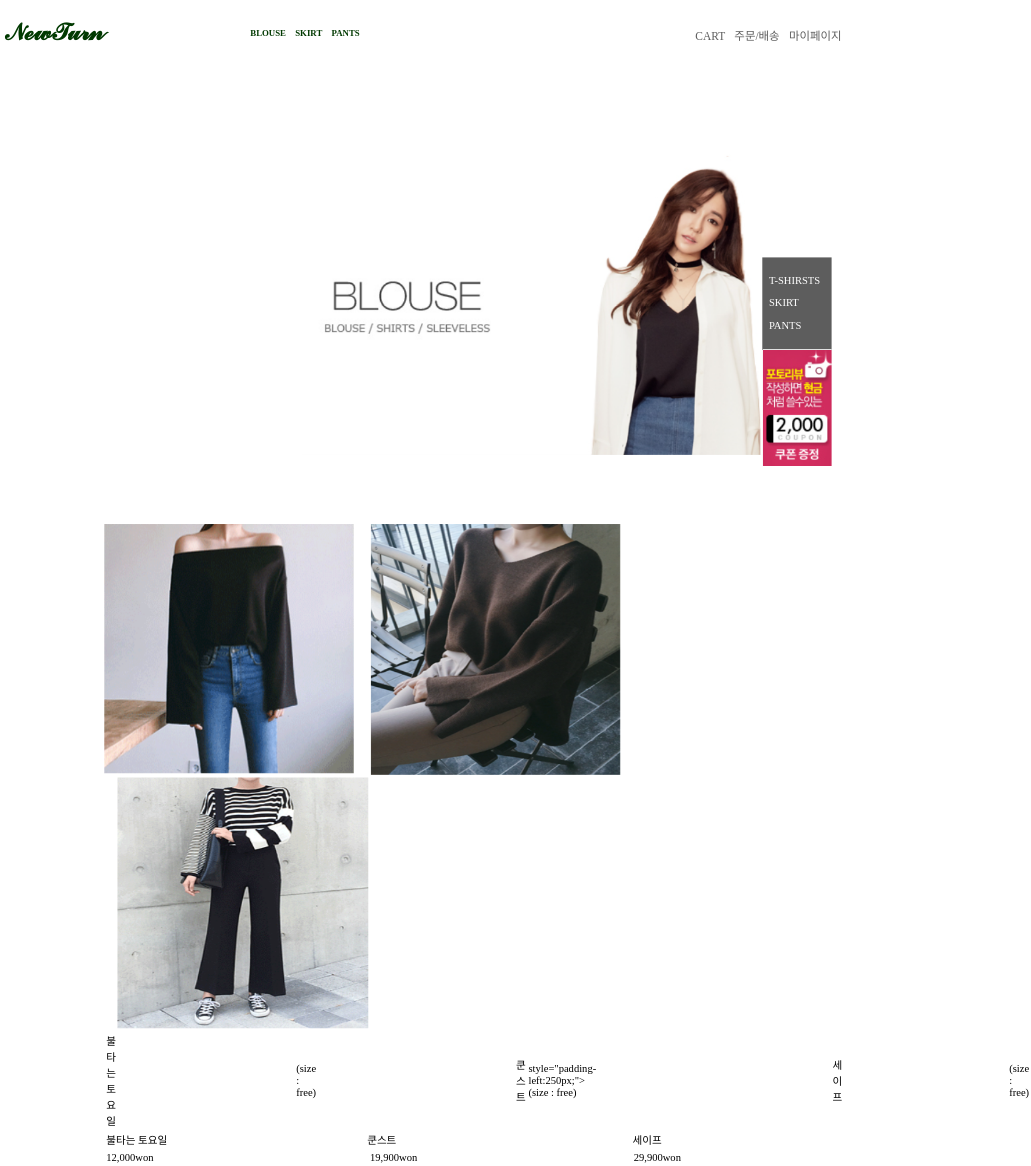
Repository: won0108/Port-Folio
Page: Creating_Homepage/Shopping/WebContent/top.html
An editor plug-in stored every save of this project. The page is shown before and after the next save, followed by the edit.
The browser window is 1280 px wide. The page is 1562 px wide, so the pictures cover 1562 px, including what lies to the right of the window. The pictures show the whole page, at 66% of full size.

Above is the page before, as saved 2020-12-03 07:59:03.

### Creating_Homepage/Shopping/WebContent/top.html
<!DOCTYPE html>
<html>
<head>  <!--웹페이지에 대한 정보를 제공한다.-->
 <title> New Turn </title>  <!--탭에 New Turn을 나타낸다.-->
<style>

 	@font-face{
 	font-family:"My Font";
 	src: url("fontstyle/ENCOSCPT.TTF");
	}
 	h1{
   	color:#003900;
   	position:fixed;
   	top: 0px;
   	left:10px;
   	font-family:"My Font", serif;
   	font-size: 30pt;
   	}
	#infor{
	position:fixed;
	top:40px; right:0px;
	}
	#infor a{
	text-decoration:none;
	color:#5D5D5D;
	font-size:13pt;
	display: inline;
	padding :5px;
	}
	#infor a:hover{
	tex-decoration:underline;
	color: black;
	text-weight:bold;
	}
	#categ{
	position:fixed;
	top:25px; right:730px;
	}
	#categ ul li{
	display: inline;
	}
	#categ ul li a{
	text-decoration:none;
	color:#003900;
	font-size:10pt;
	font-weight:bold;
	text-transform:uppercase;
	padding :5px;
	}
	#categ ul li a:hover{
	tex-decoration:underline; color: black;
	}
	#main{
   	position:relative;
   	top: 300px; margin-left:150px;
   }
</style>
</head>
<body>
	<h1> NewTurn </h1>
	<div id="infor">
		<a href="">CART</a>
		<a href="">주문/배송</a>
		<a href="마이페이지.html">마이페이지</a>
	</div>
	<div id="categ">
		<ul>
			<li><a href="top.html">BLOUSE</a></li>
			<li><a href="skirt.html">SKIRT</a></li>
			<li><a href="pants.html">PANTS</a></li>
		</ul>
	</div>
	<img style="position:relative; top: 200px; left:450px;" src="images/티파니.PNG"><br>
	<div id="main">
			<img src="images/티셔츠1.PNG" width="380" height="380">
			<img src="images/티셔츠2.PNG" width="380" height="380" style="padding-left:20px;">
			<img src="images/티셔츠3.PNG" width="380" height="380" style="padding-left:20px;">
			<table>
				<tr>
					<td>불타는 토요일</td>
					<td style="padding-left:270px;">(size : free)</td>
					<td style="padding-left: 300px;">쿤스트</td>
					<td> style="padding-left:250px;">(size : free)</td>
					<td style="padding-left: 355px;">세이프</td>
					<td style="padding-left:250px;">(size : free)</td>


			    </tr>
			</table>
			<table>
			<tr>
				<td>불타는 토요일</td>
				<td style="padding-left: 300px;">쿤스트</td>
				<td style="padding-left: 355px;">세이프</td>
			</tr>
		</table>
		<table>
			<tr>
		    	<td>12,000won</td>
		    	<td style="padding-left: 325px;">19,900won</td>
		    	<td style="padding-left: 325px;">29,900won</td>
		    </tr>
		</table>
		</div>

<div style="background-color:#5D5D5D;
width:85px; height:120px; right:20px; bottom:190px;
color:white; display:block; position:fixed; padding:10px;">
<p>T-SHIRSTS</p>
<p>SKIRT</p>
<p>PANTS</p>
</div>
<div style=" display:block; position:fixed; right:20px; bottom:10px;">
<img src="쿠폰.png"></div>

</body>
</html>

After the next save:
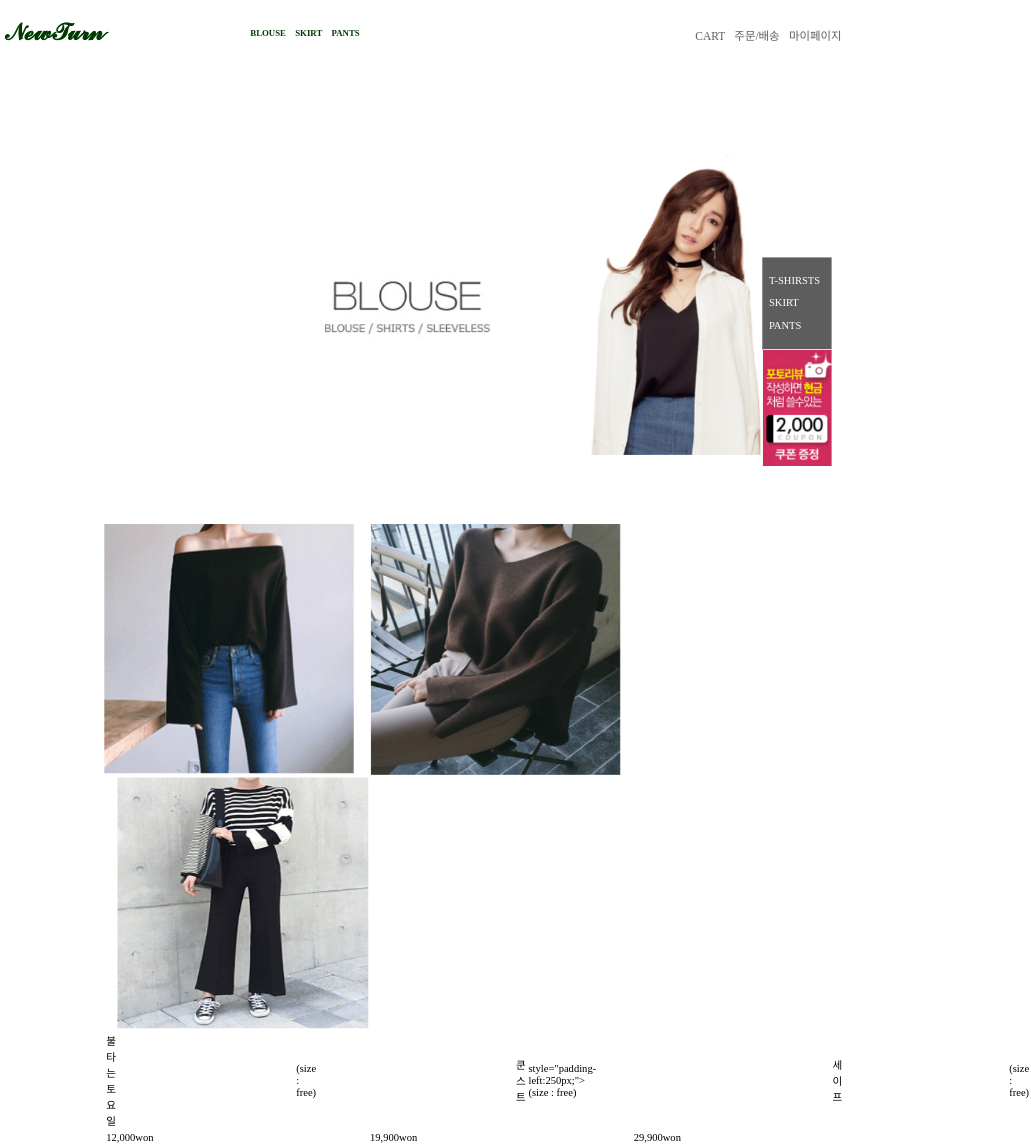
Saved 57 s later.
--- a/Creating_Homepage/Shopping/WebContent/top.html
+++ b/Creating_Homepage/Shopping/WebContent/top.html
@@ -87,13 +87,7 @@
 
 			    </tr>
 			</table>
-			<table>
-			<tr>
-				<td>불타는 토요일</td>
-				<td style="padding-left: 300px;">쿤스트</td>
-				<td style="padding-left: 355px;">세이프</td>
-			</tr>
-		</table>
+
 		<table>
 			<tr>
 		    	<td>12,000won</td>
